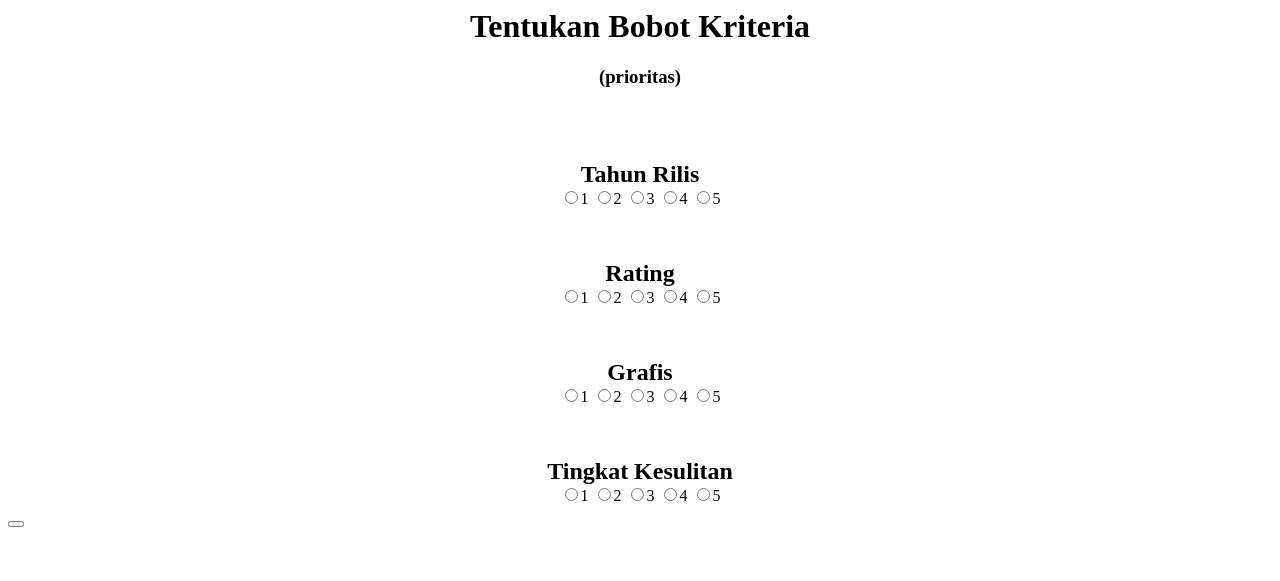
Repository: aqordeon/SPKWP
Page: http://localhost/hitungKriteria.php
An editor plug-in stored every save of this project. The page is shown before and after the next save, followed by the edit.
The browser window is 1280 px wide. The pictures show the whole page.
The page is run by PHP 8.4 with error messages shown; the project is at /var/www/html/.

Above is the page before, as saved 2020-12-24 19:32:31.

### hitungKriteria.php
<html lang="en">
<head>
    <meta charset="UTF-8">
    <meta name="viewport" content="width=device-width, initial-scale=1.0">
    <title>Document</title>
</head>
<body>
    <div class="container">
    <center>
        <h1>Tentukan Bobot Kriteria</h1>
        <h3>(prioritas)</h3>

        <br><br><br>


        <div class="container">
            <h2 style="display: inline;">Tahun Rilis</h2>
            <form>
                <label class="radio-inline">
                    <input type="radio" name="optradio1">1
                </label>
                <label class="radio-inline">
                    <input type="radio" name="optradio1">2
                </label>
                <label class="radio-inline">
                    <input type="radio" name="optradio1">3
                </label>
                <label class="radio-inline">
                    <input type="radio" name="optradio1">4
                </label>
                <label class="radio-inline">
                    <input type="radio" name="optradio1">5
                </label>
            </form>
        </div>

        <br><br>

        <div class="container">
            <h2 style="display: inline;">Rating</h2>
            <form>
                <label class="radio-inline">
                    <input type="radio" name="optradio2">1
                </label>
                <label class="radio-inline">
                    <input type="radio" name="optradio2">2
                </label>
                <label class="radio-inline">
                    <input type="radio" name="optradio2">3
                </label>
                <label class="radio-inline">
                    <input type="radio" name="optradio2">4
                </label>
                <label class="radio-inline">
                    <input type="radio" name="optradio2">5
                </label>
            </form>
        </div>

        <br><br>

        <div class="container">
            <h2 style="display: inline;">Grafis</h2>
            <form>
                <label class="radio-inline">
                    <input type="radio" name="optradio3">1
                </label>
                <label class="radio-inline">
                    <input type="radio" name="optradio3">2
                </label>
                <label class="radio-inline">
                    <input type="radio" name="optradio3">3
                </label>
                <label class="radio-inline">
                    <input type="radio" name="optradio3">4
                </label>
                <label class="radio-inline">
                    <input type="radio" name="optradio3">5
                </label>
            </form>
        </div>

        <br><br>

        <div class="container">
            <h2 style="display: inline;">Tingkat Kesulitan</h2>
            <form>
                <label class="radio-inline">
                    <input type="radio" name="optradio4">1
                </label>
                <label class="radio-inline">
                    <input type="radio" name="optradio4">2
                </label>
                <label class="radio-inline">
                    <input type="radio" name="optradio4">3
                </label>
                <label class="radio-inline">
                    <input type="radio" name="optradio4">4
                </label>
                <label class="radio-inline">
                    <input type="radio" name="optradio4">5
                </label>
            </form>
        </div>

    </center>

    <button class="btn btn-submit" value="Submit">
</div>
</body>
</html>

After the next save:
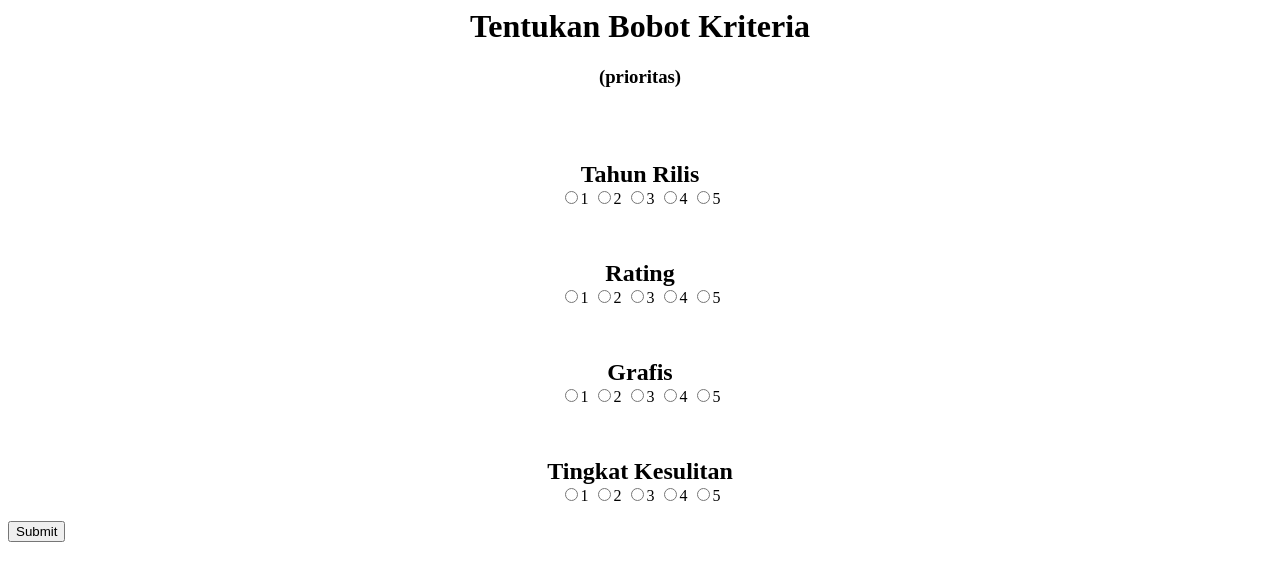
Saved 12 s later.
--- a/hitungKriteria.php
+++ b/hitungKriteria.php
@@ -105,7 +105,7 @@
 
     </center>
 
-    <button class="btn btn-submit" value="Submit">
+    <button class="btn btn-submit" value="Submit">Submit</button>
 </div>
 </body>
 </html>
